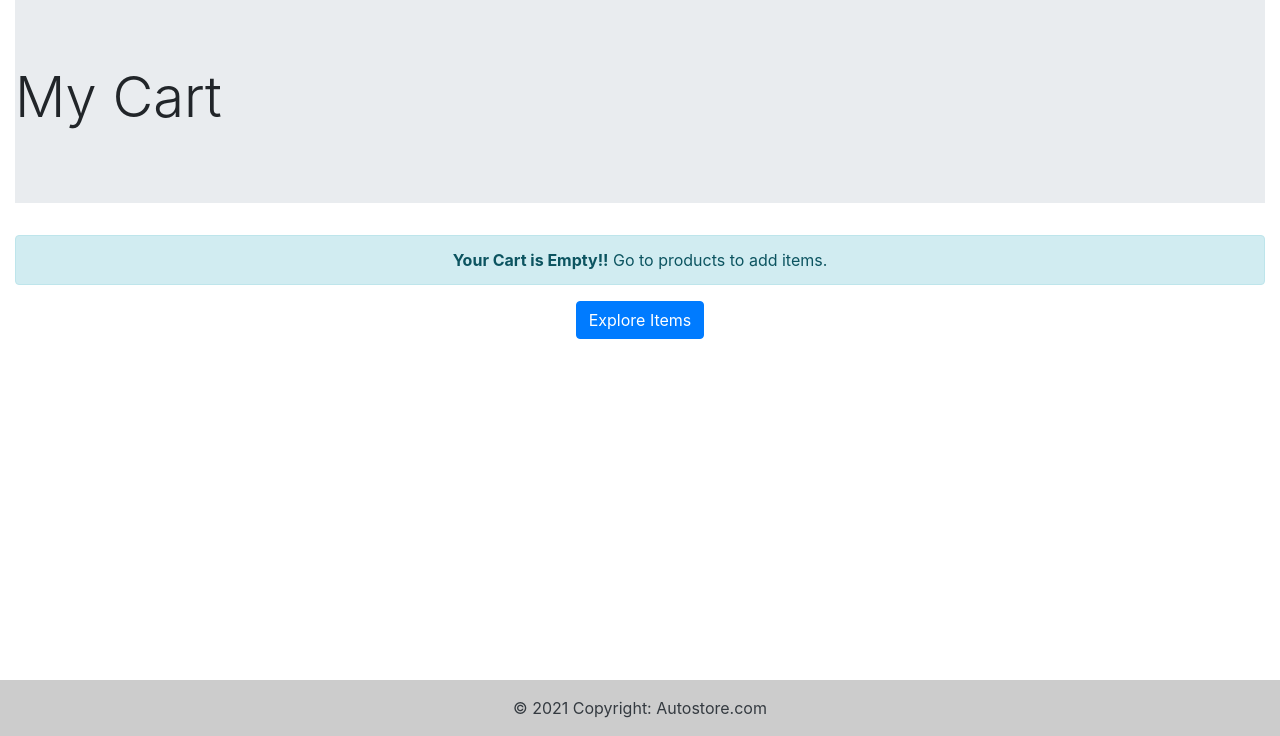
Repository: pravinsakthivel/ecommerce
Page: /cartIems
These files come from the project's save history. The page is drawn as it stood at one moment and after a run of saves; the edit follows.
The browser window is 1280 px wide. The pictures show the whole page.
The project was rebuilt for these pictures with package versions that can differ from the ones it lists, and the page was loaded fresh each time. Also part of the build but not shown: src/components/ProductItem.vue, src/components/UI/ShoppingCartIcon.vue, src/components/UI/NavigationBar.vue, src/components/UI/SearchBar.vue, src/components/ProductDescriptionModal.vue, src/components/ProductList.vue, src/components/PayPalComponent.vue, src/components/PaymentDetails.vue and 4 more.

Above is the page before, as saved 2021-04-10 21:11:47.

### public/index.html
<!DOCTYPE html>
<html lang="">
  <head>
    <meta charset="utf-8" />
    <meta http-equiv="X-UA-Compatible" content="IE=edge" />
    <meta name="viewport" content="width=device-width,initial-scale=1.0" />
    <link rel="icon" href="<%= BASE_URL %>favicon.ico" />
    <link
      href="https://fonts.googleapis.com/css?family=Nunito+Sans:400,400i,700,900&display=swap"
      rel="stylesheet"
    />
    <title><%= htmlWebpackPlugin.options.title %></title>
  </head>
  <style>
    #page-container {
      position: relative;
      min-height: 100vh;
    }

    #content-wrap {
      padding-bottom: 2.5rem; /* Footer height */
    }

    #footer {
      position: absolute;
      bottom: 0;
      width: 100%;
      height: 2.5rem; /* Footer height */
    }
  </style>
  <body>
    <noscript>
      <strong
        >We're sorry but <%= htmlWebpackPlugin.options.title %> doesn't work
        properly without JavaScript enabled. Please enable it to
        continue.</strong
      >
    </noscript>
    <div id="page-container">
      <div id="content-wrap">
        <div id="app"></div>
      </div>
      <footer id="footer">
        <div class="text-center text-dark p-3 footer" style="background-color: rgba(0, 0, 0, 0.2);">
          © 2021 Copyright:
          <a class="text-dark" href="#">Autostore.com</a>
        </div>
      </footer>
    </div>
    <!-- built files will be auto injected -->
  </body>
</html>

### src/main.js
import { createApp } from 'vue';
import App from './App.vue';
import router from './router.js';
import store from './store.js';
import 'bootstrap';
import 'font-awesome/css/font-awesome.min.css';
import 'bootstrap/dist/css/bootstrap.min.css';
import BaseButton from "./components/UI/BaseButton.vue";
import BaseBadge from './components/UI/BaseBadge.vue';
import TheJumbotrom from './components/UI/TheJumbotron.vue';
import BaseModal from './components/UI/BaseModal.vue';



const app = createApp(App);
app.use(router);
app.use(store);
app.component('base-button',BaseButton);
app.component('base-badge',BaseBadge);
app.component('the-jumbotron',TheJumbotrom);
app.component('base-modal',BaseModal);
app.mount('#app');

### src/App.vue
<template>
 <router-view></router-view>

</template>

<script>

export default {
  name: 'App',
}
</script>

<style >

</style>

### src/router.js
import { createRouter, createWebHistory } from "vue-router";
import ProductList from "./components/ProductList.vue";
import CartList from "./components/CartList.vue";
import OrderSuccessPage from "./components/UI/OrderSuccess.vue";
import LoginPage from "./components/UI/LoginPage.vue";

const router = createRouter({
  history: createWebHistory(),
  routes: [
    {
      path: "/",
      redirect: "/login",
    },
    {
      path: "/cartIems",
      component: CartList,
    },
    {
      path: "/products",
      component: ProductList,
    },
    {
      path: "/orderSuccessPage",
      component: OrderSuccessPage,
    },
    {
      path: "/login",
      component: LoginPage,
    },
  ],
});

export default router;

### src/store.js
import {createStore} from 'vuex';
import productModule from './store/products/index.js'

const store = createStore({
   modules:{
        products:productModule
   }
});

export default store;

### src/components/UI/BaseButton.vue
<template>
    <button
        class="btn btn-primary"
        type="submit"
        @click.prevent="clickAction"
      >
        <slot></slot>
      </button>
</template>
<script>
export default {
    emits:['click-action'],
    methods:{
        clickAction(){
            this.$emit('click-action');
        }
    }
}
</script>

### src/components/UI/TheJumbotron.vue
<template>
  <div class="jumbotron jumbotron-fluid">

      <h1 class="display-4 "><slot></slot></h1>
  </div>
</template>

### src/components/CartList.vue
<template>
  <div class="container-fluid">
    <the-jumbotron>My Cart</the-jumbotron>
    <div class="card mb-2" v-for="item in cartItems" :key="item.productId">
      <img :src="item.productImage" class="card-img-top" alt="productImage" />
      <div class="card-body">
        <h5 class="card-title">{{ item.productName }}</h5>
        <p class="card-text">
          Some quick example text to build on the card title and make up the
          bulk of the card's content.
        </p>
        <form class="form-inline">
          <label for="quantity"><strong>Quantity : </strong></label>
          <input
            type="number"
            class="form-control ml-2"
            value="1"
            min="1"
            @change="setTotalPrice($event, item.productId)"
          />
        </form>

        <p>
          <strong>
            Price : $
            <span v-text="item.cartValue ? item.cartValue : item.price"></span
          ></strong>
        </p>
        <base-modal @click-action="removeFromCart(item.productId)">
          <template #baseButton>Remove</template>
          <template #title> Remove Item</template>
          <template #body> Do you want to remove item from cart ? </template>
          <template v-slot:secondaryButton>Cancel</template>
          <template v-slot:primaryButton>Remove</template>
        </base-modal>
      </div>
    </div>

    <div v-if="cartItems.length < 1" class="text-center">
      <div class="alert alert-info ">
        <strong>Your Cart is Empty!!</strong> Go to products to add items.
      </div>
      <base-button link toPage="/products">Explore Items</base-button>
    </div>
    <form v-else class="text-center">
      <payment-details></payment-details>
    </form>
  </div>
</template>
<script>
import PaymentDetails from "./PaymentDetails.vue";
import BaseButton from './UI/BaseButton.vue';
export default {
  components: { PaymentDetails, BaseButton },
  data() {
    return {
      quantity: 1,
    };
  },
  computed: {
    cartItems() {
      return this.$store.getters["products/getCartItems"];
    },
  },

  methods: {
    removeFromCart(productId) {
      this.$store.dispatch("products/removeCartItem", productId);
    },
    itemPrice(price) {
      return this.quantity * price;
    },
    setTotalPrice(event, productId) {
      let cartItems = this.cartItems;
      cartItems.forEach((item) => {
        if (item.productId == productId) {
          let quantity = event.target.value;
          item.quantity = quantity;
          item.cartValue = quantity * item.price;
        }
      });
      this.$store.dispatch("products/setCartItems", cartItems);
    },
  },
};
</script>
<style scoped>
.card {
  flex-direction: row;
}
.card img {
  width: 20%;
}
</style>

### src/store/products/index.js
import actions from './actions.js';
import getters from './getters.js';
import mutations from './mutations.js';

export default{
    namespaced:true,
    state(){
        return{
            products: [],
            cartItems: [],
            productsIdsInCart:[],
            searchedItems:[],
            lastUpdated:null,
            loggedInUser :''
        }
    },
    actions,
    getters,
    mutations
}

### src/store/products/actions.js
export default {
  async loadProducts(context,forceRefresh) {
    console.log(context.getters.shouldRefresh , forceRefresh);
    if(!context.getters.shouldRefresh && !forceRefresh){
      console.log("sending cache data");
      return;
    }
    console.log("sending fetched data");
    let url = `https://products-data-b01f9-default-rtdb.firebaseio.com/products/-MXaxOFKGRgCKs_OkzrR.json`;
    let response = await fetch(url);
    let responseData = await response.json();
    context.commit("setProducts", responseData);
    context.commit("setTimeStamp");
  },
  setProducts(context, payload) {
    context.commit("setProducts", payload);
  },
  addProductItemToCart(context, product) {
    let cartItems = [...context.getters.getCartItems, product];
    context.dispatch("addProductIdInCart", product.productId);
    context.commit("setCartItems", cartItems);
  },
  addProductIdInCart(context, data) {
    let productIdsInCart = [...context.getters.getproductIdsIncart, data];
    context.commit("setProductIdsInCart", productIdsInCart);
  },
  setCartItems(context, data) {
    context.commit("setCartItems", data);
  },
  removeCartItem(context, productId) {
    let cartItems = context.getters.getCartItems;
    let filteredItems = cartItems.filter((item) => {
      return item.productId != productId;
    });
    context.dispatch("removeProductIdInCart", productId);
    context.commit("setCartItems", filteredItems);
  },
  removeProductIdInCart(context, productId) {
    let productIdsInCart = context.getters.getproductIdsIncart;
    const index = productIdsInCart.indexOf(productId);
    if (index > -1) {
      productIdsInCart.splice(index, 1);
    }
    context.commit("setProductIdsInCart", productIdsInCart);
  },
  setSearchedItems(context, payload) {
    context.commit("setSearchedItems", payload);
  },
  setUser(context,userName){
    context.commit("setUser",userName);
  },
  resetProductIdsInCart(context){
    context.commit("setProductIdsInCart",[])
  }
};

### src/store/products/getters.js
export default {
  getProducts(state) {
    return state.products;
  },
  getCartItems(state) {
    return state.cartItems;
  },
  getproductIdsIncart(state) {
    return state.productsIdsInCart;
  },
  shouldRefresh(state) {
    let lastUpdate = state.lastUpdated;
    if (!lastUpdate) {
      return true;
    }
    const currentTimeStamp = new Date().getTime();
    return (currentTimeStamp - lastUpdate) / 1000 > 60;
  },
  getSearchItems(state){
      return state.searchedItems;
  },
  getLoggedInUser(state){
    return state.loggedInUser;
  }
};

### src/store/products/mutations.js
export default {
  setCartItems(state, payload) {
    state.cartItems = payload;
  },
  setProducts(state, payload) {
    state.products = payload;
  },
  setProductIdsInCart(state, payload) {
    state.productsIdsInCart = payload;
  },
  setTimeStamp(state) {
    state.lastUpdated = new Date().getTime();
  },
  setSearchedItems(state, payload) {
    state.searchedItems = payload;
  },
  setUser(state, userName) {
    state.loggedInUser = userName;
  },
};

After the next 2 saves:
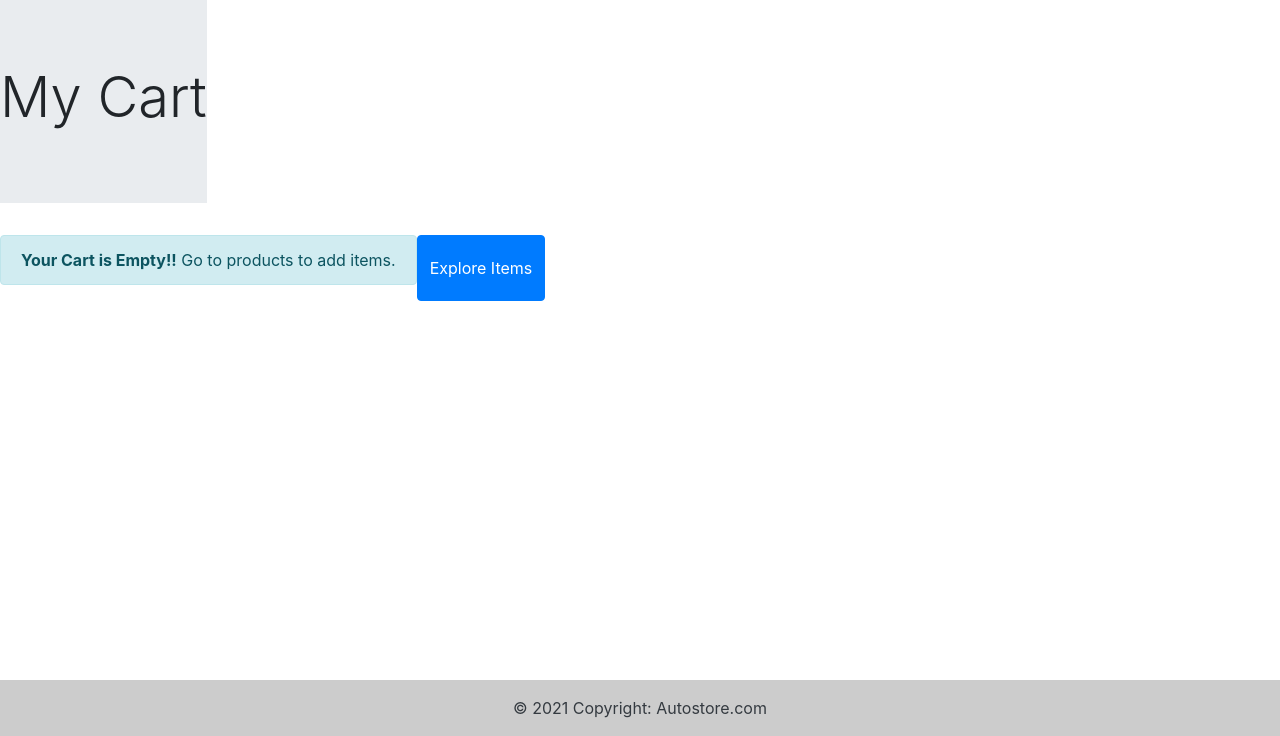
The 2 saves are shown as one change because 1 did not build or start.
The last was saved 4 min 9 s later.
--- a/src/components/CartList.vue
+++ b/src/components/CartList.vue
@@ -1,7 +1,10 @@
 <template>
   <div class="container-fluid">
+    <div class="row">
     <the-jumbotron>My Cart</the-jumbotron>
-    <div class="card mb-2" v-for="item in cartItems" :key="item.productId">
+    </div>
+    <div class="row">
+      <div class="card mb-2" v-for="item in cartItems" :key="item.productId">
       <img :src="item.productImage" class="card-img-top" alt="productImage" />
       <div class="card-body">
         <h5 class="card-title">{{ item.productName }}</h5>
@@ -35,16 +38,19 @@
         </base-modal>
       </div>
     </div>
+    </div>
 
-    <div v-if="cartItems.length < 1" class="text-center">
+    <div v-if="cartItems.length < 1" class="text-center row">
       <div class="alert alert-info ">
         <strong>Your Cart is Empty!!</strong> Go to products to add items.
       </div>
       <base-button link toPage="/products">Explore Items</base-button>
     </div>
-    <form v-else class="text-center">
+    <div class="row"  v-else>
+<form class="text-center">
       <payment-details></payment-details>
     </form>
+    </div>
   </div>
 </template>
 <script>
